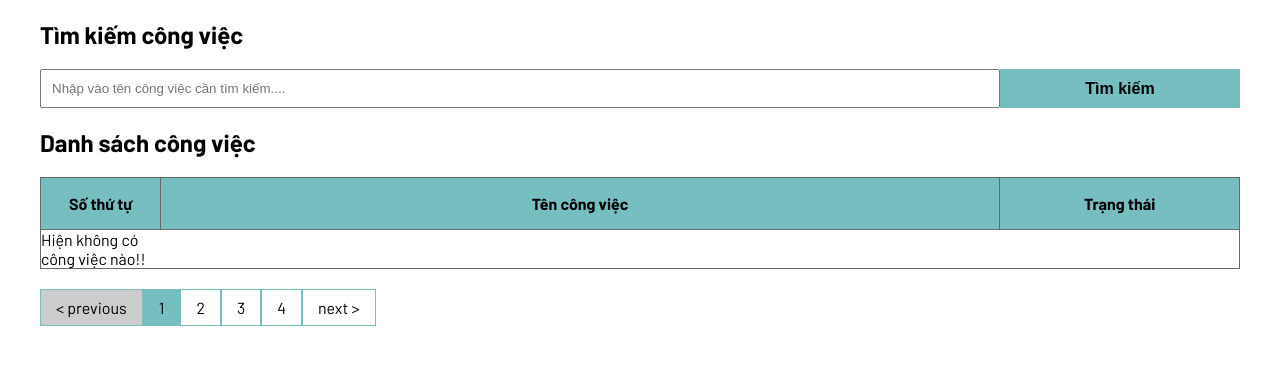
Repository: OkazakiTruong/searchReact
Page: /
These files come from the project's save history. The page is drawn as it stood at one moment and after the next save; the edit follows.
The browser window is 1280 px wide. The pictures show the whole page.
The page's requests for data from a server got no answer. The project was rebuilt for these pictures with package versions that can differ from the ones it lists, and the page was loaded fresh each time. No one was signed in, and anything a server would have sent is missing. Also part of the build but not shown: vite.config.js.

Above is the page before, as saved 2024-01-11 19:01:19.

### src/App.jsx
import React from "react";
import { SearchAppContainer } from "./SearchApp/SearchAppContainer";
import { Pagination } from "./SearchApp/Pagination/Pagination";

export const App = () => {
  return (
    <div className="app">
      <SearchAppContainer />
      <Pagination />
    </div>
  );
};

### src/index.css
@import url("https://fonts.googleapis.com");
@import url("https://fonts.gstatic.com");
@import url("https://fonts.googleapis.com/css2?family=Barlow:ital,wght@0,100;0,200;0,300;0,400;0,500;0,600;0,700;0,800;0,900;1,100;1,200;1,300;1,400;1,500;1,600;1,700;1,800;1,900&display=swap");

* {
  padding: 0;
  margin: 0;
  box-sizing: border-box;
}

body {
  font-family: "Barlow", sans-serif;
}
ul,
li {
  list-style: none;
}

.app {
  max-width: 1250px;
  padding: 0 25px;
  margin: 0 auto;
}

### src/SearchApp/SearchAppContainer.jsx
import React, { useCallback, useEffect, useState } from "react";
import { ListTodo } from "./Todo/ListTodo";
import { Search } from "./Search/Search";

export const SearchAppContainer = () => {
  const [todos, setTodos] = useState(null);
  useEffect(() => {
    //fetch api
    fetch("https://jsonplaceholder.typicode.com/todos?_page=1", {
      method: "GET",
      headers: {
        "Content-type": "application/json",
      },
    })
      .then((response) => {
        console.log(response);
        return response.json();
      })
      .then((data) => {
        console.log(data);
        setTodos(data);
      });
  }, []);
  return (
    <div>
      <Search />
      <ListTodo todos={todos} />
    </div>
  );
};

### src/SearchApp/Pagination/Pagination.jsx
import React from "react";
import ReactPaginate from "react-paginate";
import "./pagination.css";

export const Pagination = () => {
  const handlePageClick = () => {};

  return (
    <div className="pagination-container">
      <ReactPaginate
        nextLabel="next >"
        onPageChange={handlePageClick}
        pageRangeDisplayed={3}
        marginPagesDisplayed={2}
        pageCount={4}
        previousLabel="< previous"
        pageClassName="page-item"
        pageLinkClassName="page-link"
        previousClassName="page-item"
        previousLinkClassName="page-link"
        nextClassName="page-item"
        nextLinkClassName="page-link"
        breakLabel="..."
        breakClassName="page-item"
        breakLinkClassName="page-link"
        containerClassName="pagination"
        activeClassName="active"
        renderOnZeroPageCount={null}
      />
    </div>
  );
};

### src/SearchApp/Todo/ListTodo.jsx
import React from "react";
import "./listTodo.css";

export const ListTodo = ({ todos }) => {
  return (
    <>
      <h2>Danh sách công việc</h2>
      <table>
        <tbody>
          <tr>
            <th className="numerical-order">Số thứ tự</th>
            <th className="todo-name">Tên công việc</th>
            <th className="status">Trạng thái</th>
          </tr>
          {!todos
            ? "Hiện không có công việc nào!!"
            : todos.map((todo, index) => (
                <tr key={todo.id}>
                  <td>{++index}</td>
                  <td>{todo.title}</td>
                  <td>
                    {todo.completed ? "Đã hoàn thành" : "Chưa hoàn thành"}
                  </td>
                </tr>
              ))}
        </tbody>
      </table>
    </>
  );
};

### src/SearchApp/Search/Search.jsx
import React from "react";
import "./Search.css";

export const Search = () => {
  return (
    <div className="search-container">
      <h2>Tìm kiếm công việc</h2>
      <form action="#">
        <div className="search-bar">
          <input
            type="text"
            placeholder="Nhập vào tên công việc cần tìm kiếm...."
          />
          <button>Tìm kiếm</button>
        </div>
      </form>
    </div>
  );
};

### src/SearchApp/Pagination/pagination.css
.pagination-container {
  margin: 20px 0 !important;
}
.pagination {
  display: flex;
}
.pagination .page-link {
  border: 1px solid #77bec0;
  display: block;
  padding: 8px 15px;
  cursor: pointer;
  user-select: none;
}

.pagination .page-link:hover {
  background-color: #ccc;
}

.active {
  background-color: #77bec0;
}

.disabled {
  background-color: #ccc;
  cursor: not-allowed;
}

### src/SearchApp/Todo/listTodo.css
table {
  width: 100%;
}
table,
th,
td {
  border: 1px solid #696969;
  border-collapse: collapse;
}
th,
td {
  padding: 16px;
}
th {
  background-color: #77bec0;
}
th.todo-name {
  width: 70%;
}
th.numeric-order {
  width: 10%;
}
th.status {
  width: 20%;
}

h2 {
  margin-bottom: 20px;
}

### src/SearchApp/Search/Search.css
.search-container {
  margin: 20px 0;
}
.search-bar {
  display: flex;
  width: 100%;
}
input {
  width: 80%;
  padding: 10px;
}
button {
  width: 20%;
  cursor: pointer;
  background-color: #77bec0;
  border: #77bec0;
  font-weight: 600;
  font-size: 16px;
}

Loaded but not shown: index.html (common file); src/main.jsx (common file)

After the next save:
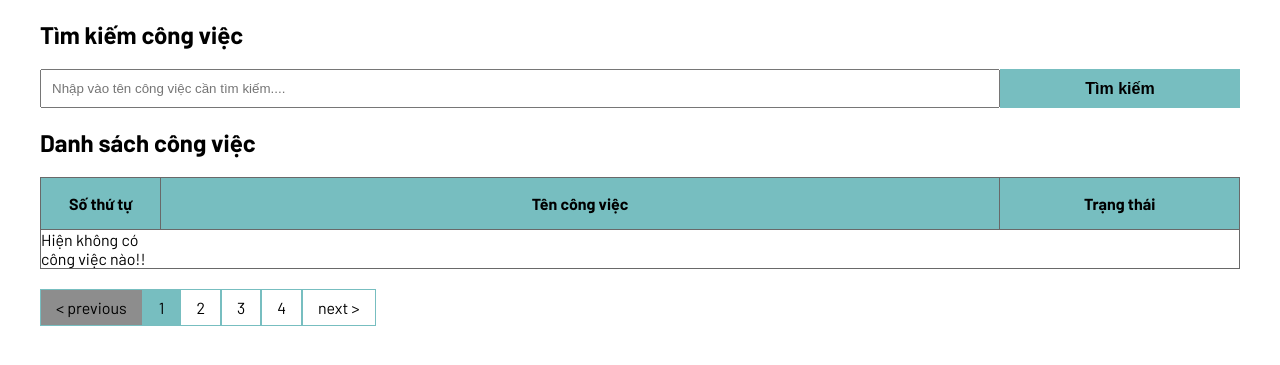
Saved 18 s later.
--- a/src/SearchApp/Pagination/pagination.css
+++ b/src/SearchApp/Pagination/pagination.css
@@ -21,6 +21,6 @@
 }
 
 .disabled {
-  background-color: #ccc;
+  background-color: #8d8d8d;
   cursor: not-allowed;
 }

After the save that followed:
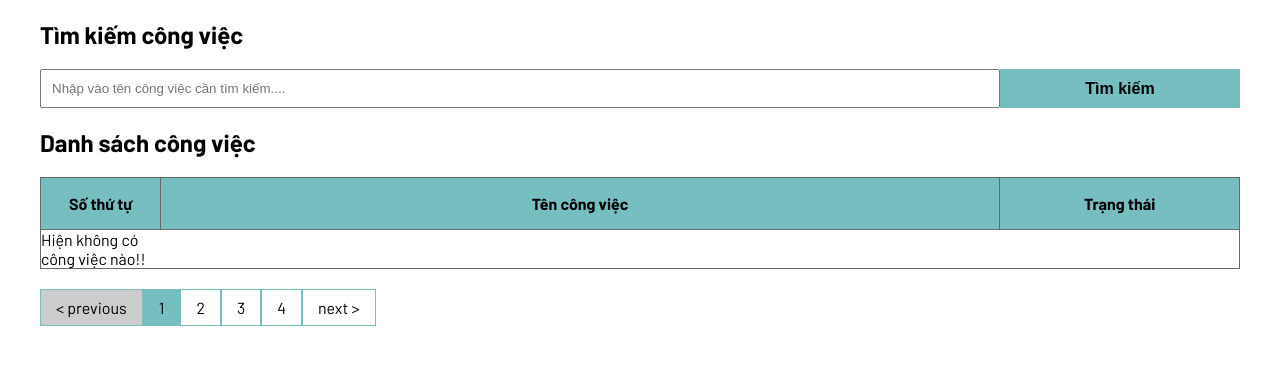
Saved 10 s later.
--- a/src/SearchApp/Pagination/pagination.css
+++ b/src/SearchApp/Pagination/pagination.css
@@ -21,6 +21,5 @@
 }
 
 .disabled {
-  background-color: #8d8d8d;
-  cursor: not-allowed;
+  background-color: #ccc;
 }
